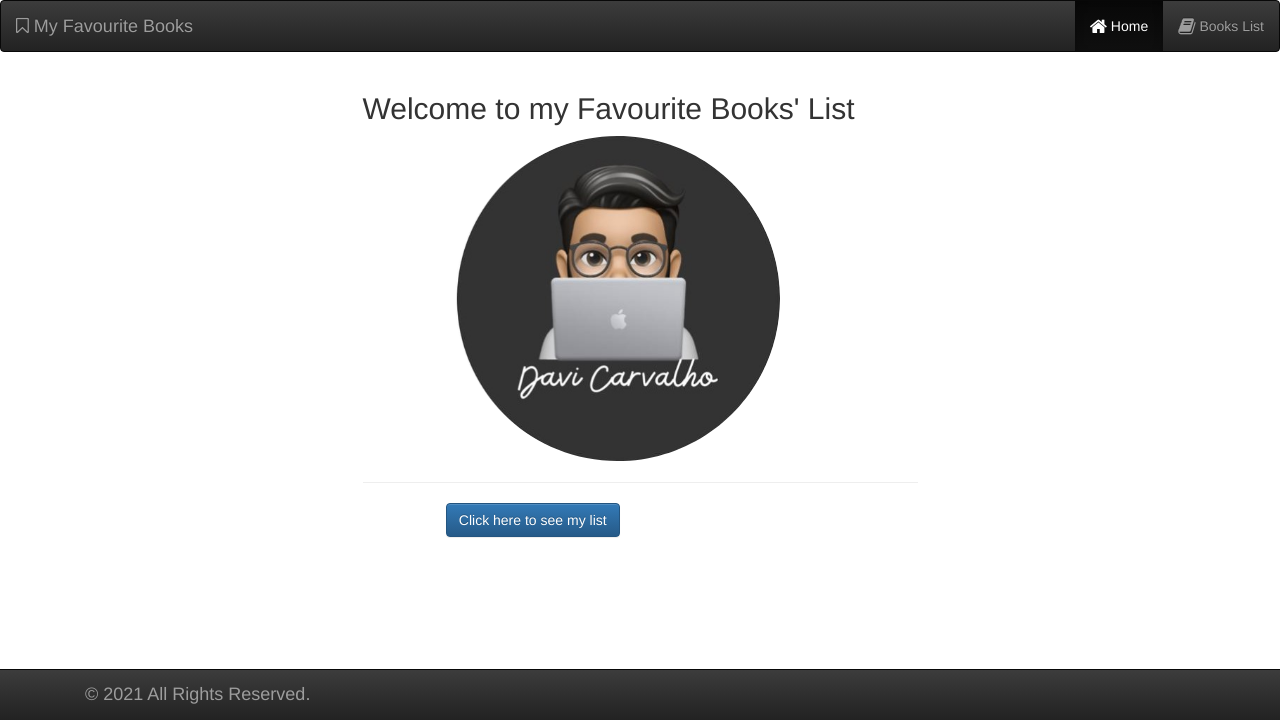
Repository: daviccarvalho/COMP229-M2021-Midterm-301154671
Page: http://localhost/
The author's editor kept a copy of each file at every save. The page is drawn from the files as they stood at one save, then again after the next save.
The browser window is 1280 px wide. The pictures show the whole page.
The page is served by the project's Node server (server.js).

Above is the page before, as saved 2021-06-22 19:06:40.

After the next save:
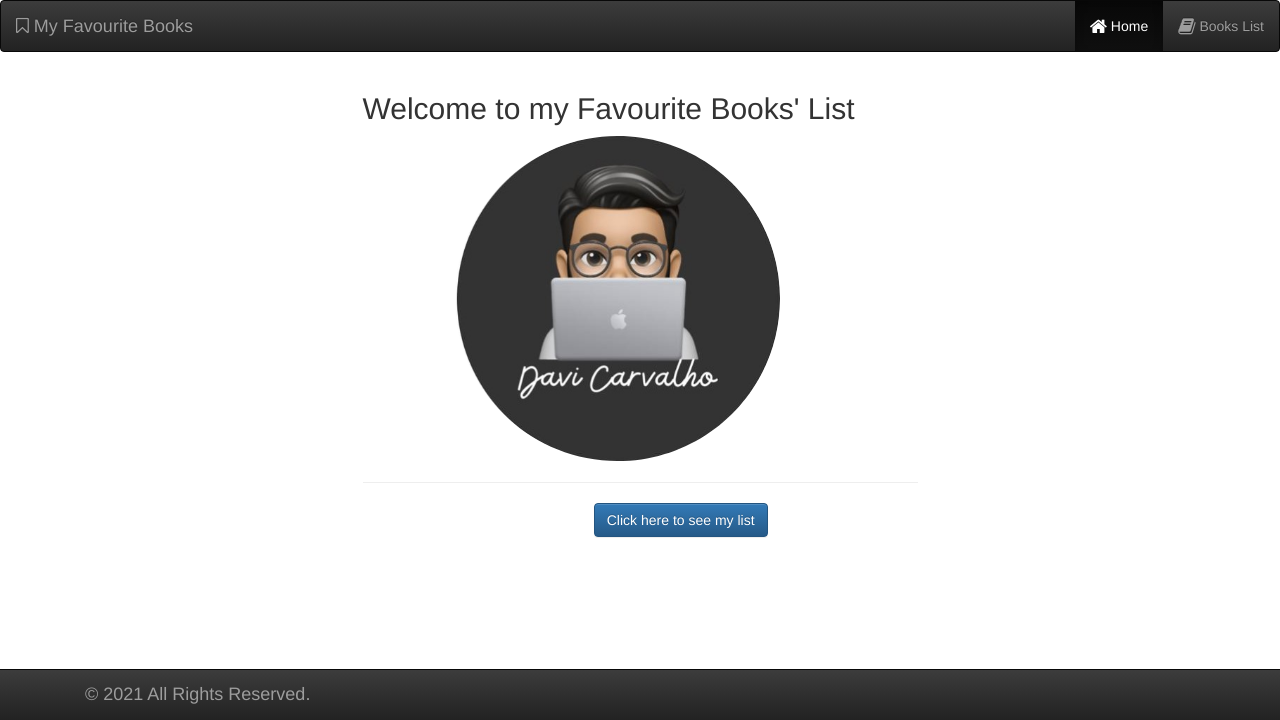
Saved 16 s later.
--- a/server/views/content/index.ejs
+++ b/server/views/content/index.ejs
@@ -13,9 +13,8 @@ June 22, 2021
           <h2>Welcome to my Favourite Books' List</h2>
         <img src="../../Assets/images/logo.svg" class="col-md-offset-2 pe-4 d-block img-fluid align-top">
       <hr class="my-4">
-        <div class="mx-auto" style="width: 200px;">
         <a class="btn btn-primary col-md-offset-5" href="/books" role="button">Click here to see my list</a>
-      </div>
+
       </div>
     </div>
 
